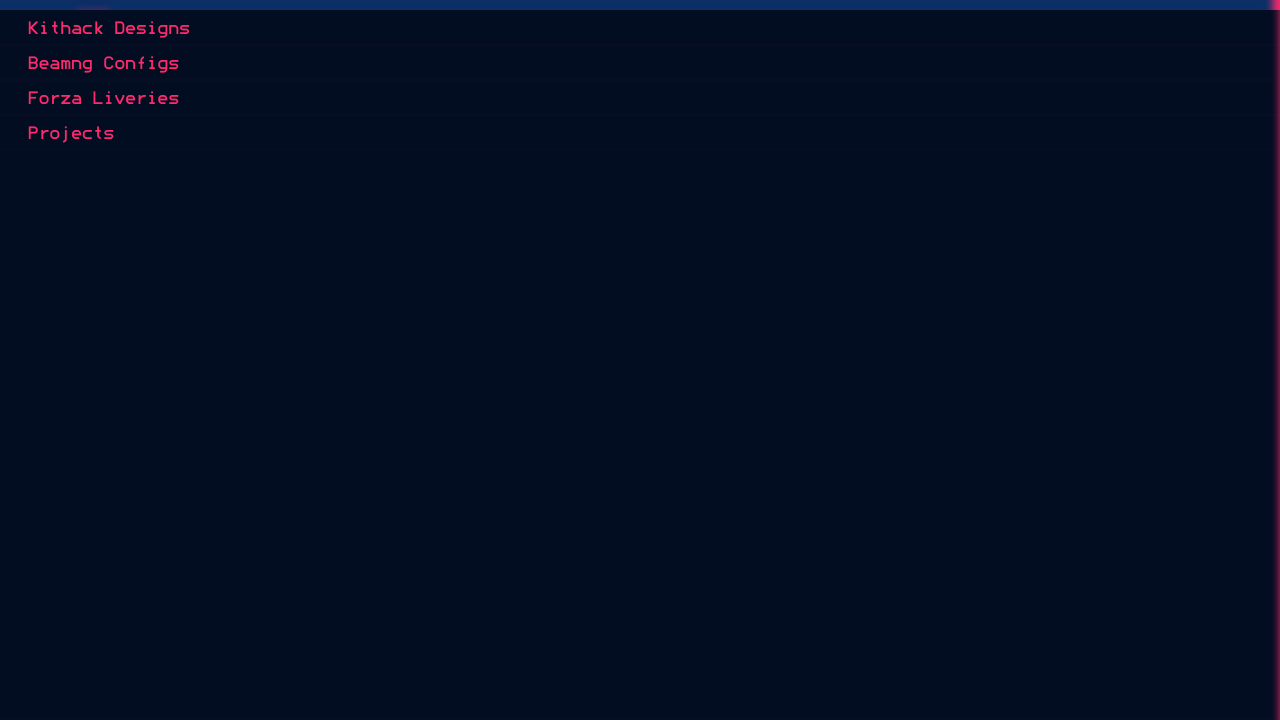
Repository: Pamishly/PamishlysPlayPlace
Page: navbar.html
An editor plug-in stored every save of this project. The page is shown before and after the next save, followed by the edit.
The browser window is 1280 px wide. The pictures show the whole page.
The first `#ppp` is checked.

Above is the page before, as saved 2024-09-11 21:11:39.

### navbar.html

<ul>
    <input type="radio" name="menu" id="ppp">
    <li>
        <a href="./homepage.html"  target="_top" class="sitename"><label for="edit" class="title"><i class="fa fa-ppp"></i><img src="./logo.png">PPP</label></a>
    </li>
    <input type="radio" name="menu" id="kithack" checked>
    <li>
        <label for="kithack" class="title"><i class="fa fa-kithack"></i>Kithack Designs</label>
        <a  class="sidebutton" href="./KitHackHTML/PXseries.html" target="_top">PX series</a>
        <a  class="sidebutton" href="./KitHackHTML/SBseries.html" target="_top">SB series</a>
    </li>
    <input type="radio" name="menu" id="beamng">
    <li>
        <label for="beamng" class="title"><i class="fa fa-beamng" target="_top"></i>Beamng Configs</label>
        <a class="sidebutton" href="./BeamngHTML/dune-builds.html" target="_top">Dune Builds</a>
        <a class="sidebutton" href="./BeamngHTML/street-builds.html" target="_top">Street Builds</a>
        <a class="sidebutton" href="./BeamngHTML/derby-builds.html" target="_top">Derby Builds</a>
        <a class="sidebutton" href="./BeamngHTML/speed-builds.html" target="_top">Top Speed Builds</a>
    </li>
    <input type="radio" name="menu" id="preferences">
    <li>
        <label for="preferences" class="title"><i class="fa fa-gears"></i>Forza Liveries</label>
        <a class="sidebutton" href="./ForzaHTML/Horizon5.html" target="_top">Horizon 5</a>
    </li>
    <input type="radio" name="menu" id="projects">
    <li>
        <label for="projects" class="title"><i class="fa fa-projects"></i>Projects</label>
        <a class="sidebutton" href="./ProjectsHTML/PiProjects.html" target="_top">Pi Projects</a>
    </li>
</ul>

<link rel="stylesheet" href="main.css">

### main.css
* {
	margin: 0;
	padding: 0;
	box-sizing: border-box;
}
body {
	font-family: Headers;
    background-color: #030D22;
    box-shadow: inset -8px 0 8px -8px #ff2a6d;
}
@font-face {
	font-family: Headers;
	src: url("Modenine-2OPd.ttf");
	font-weight: bold;
}
.container {
	width: 100%;
	height: 100%;
}
nav {
	position: fixed;
	display: flex;
	align-items: flex-start;
	width: 12%;
	height: 100%;
	background-color: #111;
}
main {
	position: fixed;
	right: 0;
	width: 88.1%;
	height: 100%;
	background: url("Background.png");
	overflow: auto;
	padding: 40px;
    color: cyan;
}
h1 {
	font-weight: bold;
	margin-bottom: 50px;
	font-size: 55px;
	text-align: center;
    color: cyan;
}
p {
	margin-bottom: 20px;
	line-height: 26px;
    font-size: 24px;
    text-align: center;
    color: cyan;
}
li, ul label.title, ul, a {
	width: 100%;
	color: #ff2a6d;
	font-family: Headers;
	display: block;
	font-weight: bold;
}
ul label {
	height: 35px;
    box-shadow: inset -8px 0 8px -8px #ff2a6d;
}
ul li{
	height: 35px;
	overflow: hidden;
	transition: all .3s;
}
ul img{
	float:left;
}
li {
	display: block;
	background:#030D22;
}
label.title {
    text-align: left;
	font-size: 18px;
	background:#030D22;
	padding: 10px 15px;
	cursor: pointer;
    transition: all .25s;
    overflow: hidden;
}
.sidebutton{
	font-size: 16px;
	text-decoration: none;
	color: #722276;
	display: block;
	padding: 10px 25px;
	transition: all .25s;
    box-shadow: inset -8px 0 8px -8px #ff2a6d;
	font-family: Headers;
}
.sidebutton:hover {
    box-shadow: inset -15px 0 8px -8px #ff2a6d;
	text-shadow: 0px 0px 10px #ff2a6d;
	background: #0A2F66;
	color: #FF23BC;
}
label:hover {
	text-shadow: 0px 0px 10px #ff2a6d;
	background: #0A2F66;
    box-shadow: inset -15px 0 8px -8px #ff2a6d;
}
input[type="radio"] {
	display: none;
}
#ppp:checked + li {
	height: 10px;
}
#preferences:checked + li {
    height: 67px;
}
#beamng:checked + li {
    height: 163px;
}
#kithack:checked + li {
    height: 99px;
}
#projects:checked + li {
    height: 67px;
}
i {
	margin-right: 12px;
}
@media screen and (max-width: 600px){
	nav {
		width: 100%;
		position: relative;
	}
	main {
		width: 100%;
		position: relative;
	}
}
.card{
    position: relative;
    display: flex;
    flex-flow: column nowrap;
    width: 350px;
    height: 550px;
    border: solid cyan;
    text-align: center;
    margin: 15px;
	text-decoration: none;
	font-weight: unset;
	font-family: monospace;
	color: cyan;
}
.cardcontainer{
    display: flex;
    flex-flow: row wrap;
    align-content: space-around;
    justify-content: center;
    width:75%;
    margin-left: 12.5%;
}
.card img{
    width: auto;
    align-content: flex-start;
    justify-content: center;
}
.card p{
    padding: 15px;
    align-content: center;
    justify-content: center;
	margin-bottom: 20px;
	line-height: 26px;
    font-size: 24px;
    text-align: center;
    color: cyan;
}
.card:hover{
	background:#00aeff2c;
}
.card > h3{
	font-size: 24px;
	font-family: Headers;
}
iframe{
	width:100%;
	height:100%;
}
iframe[seamless]{
    background-color: transparent;
    border: 0px none transparent;
    padding: 0px;
    overflow: hidden;
}
.dwn-button{
	position: relative;
    display: flex;
    flex-flow: column nowrap;
    width: 150px;
    height: 70px;
    border: solid cyan;
    text-align: center;
    margin: 15px;
	font-weight: unset;
	font-family: monospace;
	color: cyan;
    left: 50%;
    transform: translate(-61%,100%);
}
.dwn-button:hover {
    background: darkcyan;
}
.dwn-button p{
	padding-top: 15px;
}
.information{
	display: flex;
	flex-flow: column nowrap;
}
.information p {
	margin-bottom: 20px;
	line-height: 26px;
    font-size: 24px;
	justify-content: center;
    color: cyan;
}
.information img {
	width: 600px;
	border: cyan 5px solid;
	align-self: center;
}
.information h1 {
	justify-content: center;
}
.main {
    -ms-overflow-style: none;  /* Internet Explorer 10+ */
    scrollbar-width: none;  /* Firefox */
}
.main::-webkit-scrollbar {
    display: none;  /* Safari and Chrome */
}

After the next save:
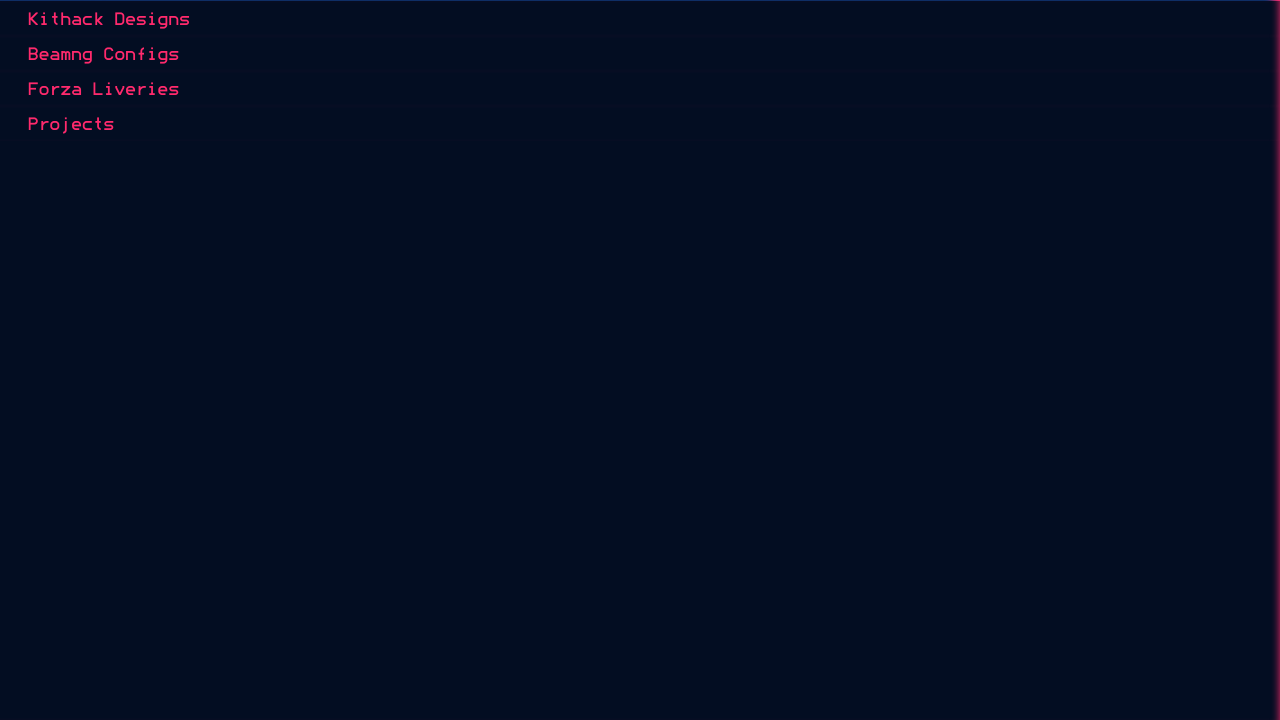
Saved 6 s later.
--- a/main.css
+++ b/main.css
@@ -106,7 +106,7 @@
 	display: none;
 }
 #ppp:checked + li {
-	height: 10px;
+	height: 1px;
 }
 #preferences:checked + li {
     height: 67px;
